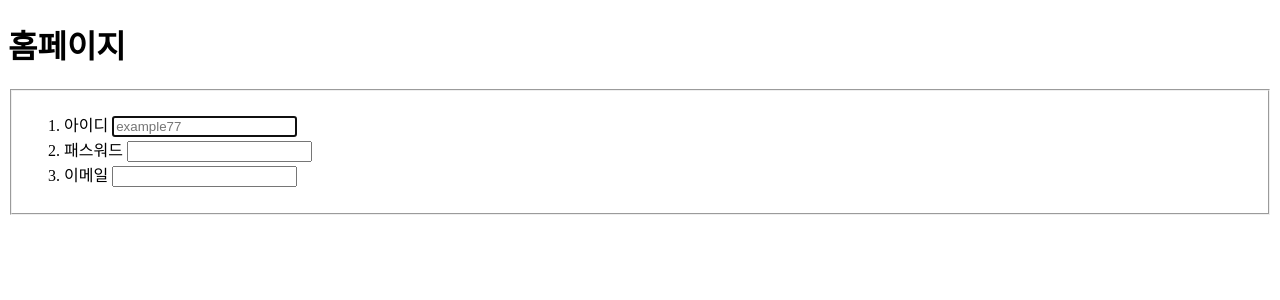
Repository: Cheol-Cheol/KOSA
Page: Kcc_web/Html/WebContent/form.html
The author's editor kept a copy of each file at every save. The page is drawn from the files as they stood at one save, then again after the next save.
The browser window is 1280 px wide. The pictures show the whole page.

Above is the page before, as saved 2024-07-08 06:07:59.

After the next save:
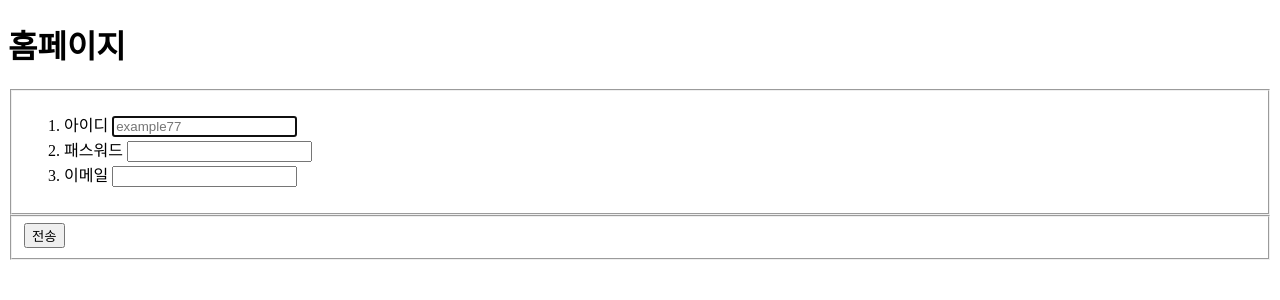
Saved 31 s later.
--- a/Kcc_web/Html/WebContent/form.html
+++ b/Kcc_web/Html/WebContent/form.html
@@ -14,9 +14,12 @@
 				</li>
 				<li><label for="id">패스워드</label> <input type="password"
 					name="password" /></li>
-					<li><label for="id">이메일</label> <input type="email"
+				<li><label for="id">이메일</label> <input type="email"
 					name="email" /></li>
 			</ol>
+		</fieldset>
+		<fieldset>
+			<input type="submit" value="전송" />
 		</fieldset>
 	</form>
 </body>
